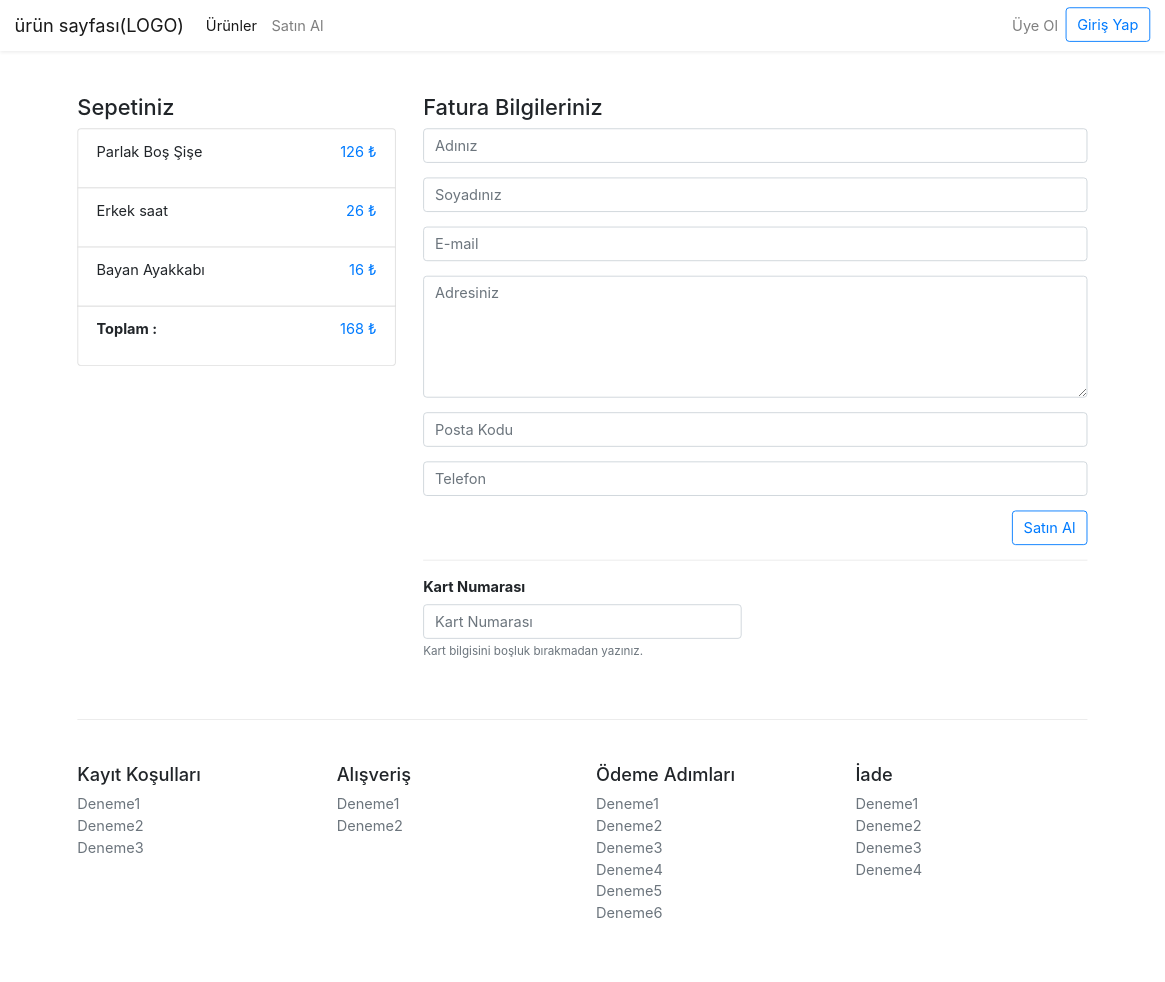
Repository: NergisAktug/E-Commerce-PythonWithFlask-Sqlite3
Page: templates/ödeme.html
These files come from the project's save history. The page is drawn as it stood at one moment and after the next save; the edit follows.
The browser window is 1280 px wide. The pictures show the whole page, at 91% of full size.

Above is the page before, as saved 2018-11-24 00:54:41.

After the next save:
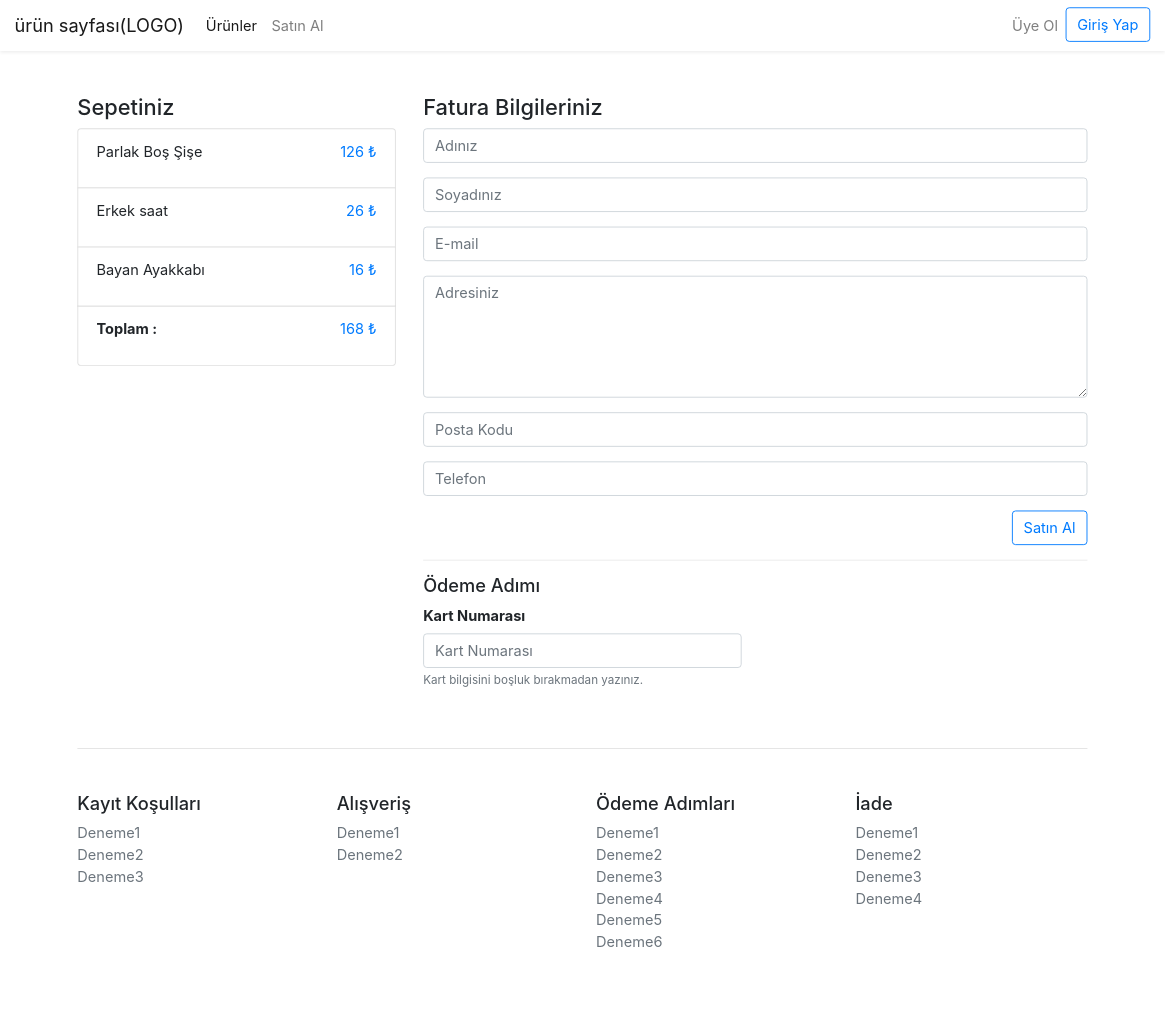
Saved 49 s later.
--- a/templates/ödeme.html
+++ b/templates/ödeme.html
@@ -86,6 +86,7 @@
                         <button type="submit" class="btn btn-outline-primary float-right" required>Satın Al</button>
                      </div>
                    <div class="clearfix"></div><hr>
+                   <h5>Ödeme Adımı</h5>
                    <div class="row">
                 <div class="col-md-6">
                     <div class="form-group">
